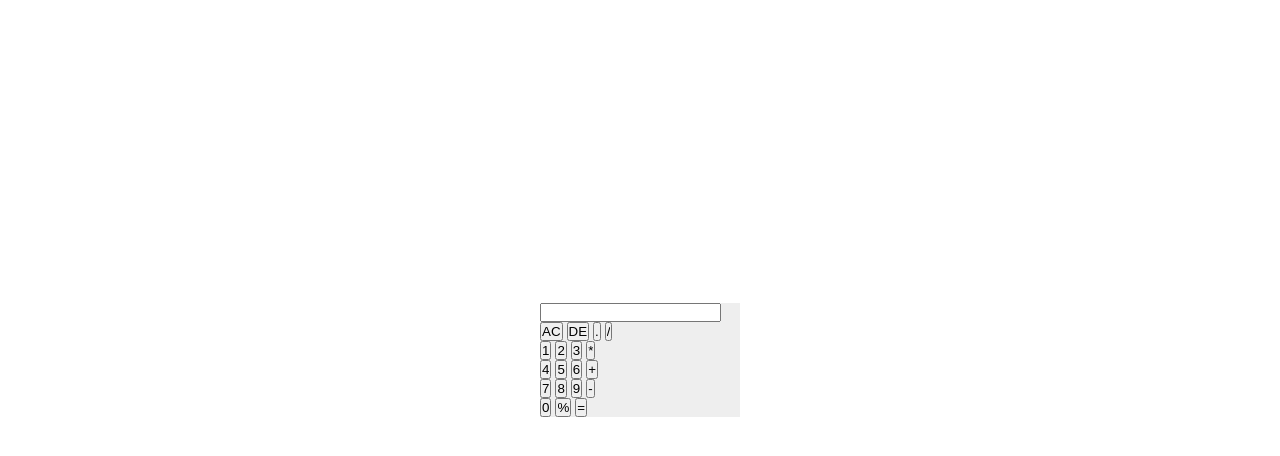
Repository: jerrys-arch/web-calculator
Page: index.html
These files come from the project's save history. The page is drawn as it stood at one moment and after a run of saves; the edit follows.
The browser window is 1280 px wide. The pictures show the whole page.

Above is the page before, as saved 2024-11-30 04:56:59.

After the next 7 saves:
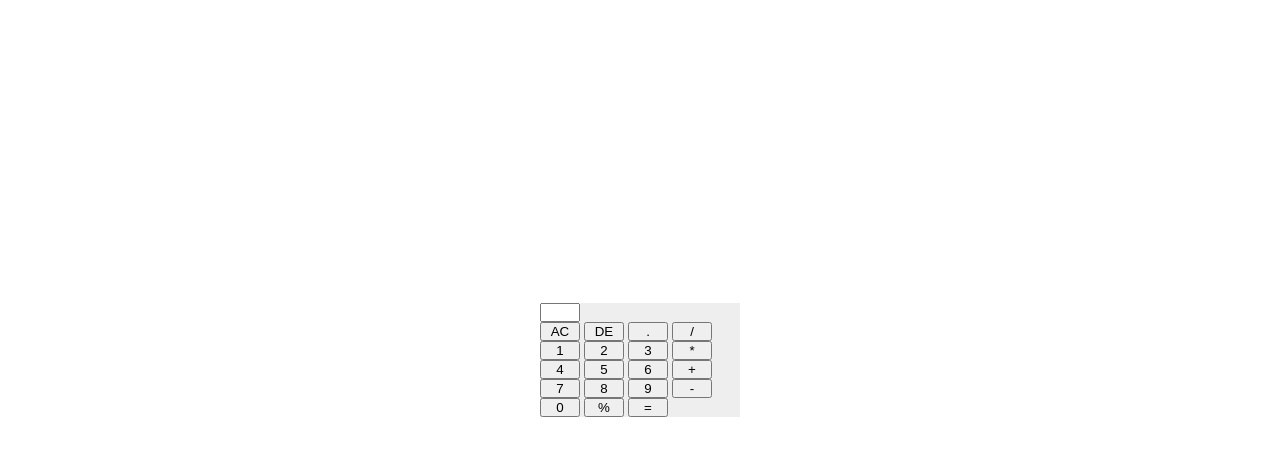
The 7 saves are shown as one change because they came seconds apart.
The last was saved 18 s later.
--- a/styles.css
+++ b/styles.css
@@ -17,5 +17,6 @@
     background: #eee;
 }
 .calculator input{
-
+    width:20%;
+    height: 20%;
 }
